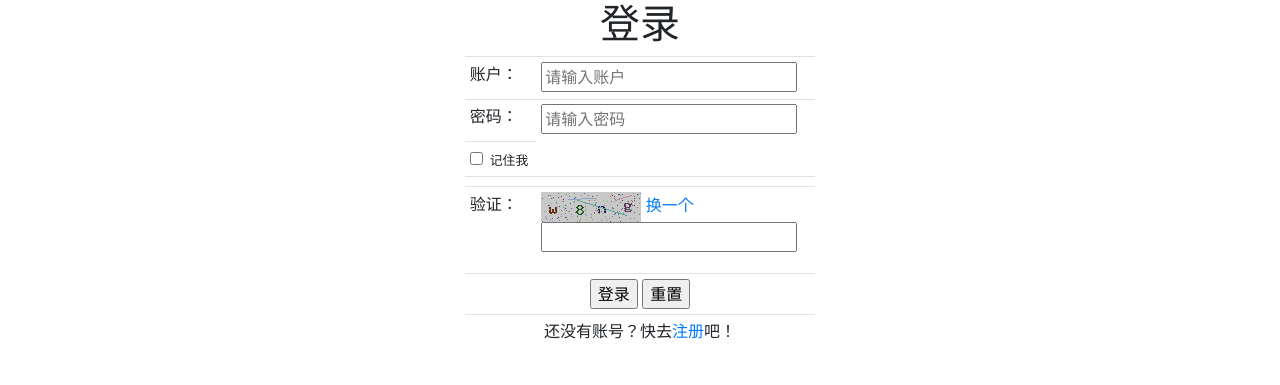
Repository: DHUAVH/Blog
Page: http://localhost/login.php
These files come from the project's save history. The page is drawn as it stood at one moment and after the next save; the edit follows.
The browser window is 1280 px wide. The pictures show the whole page.
Some web libraries are served in a nearby version. The page is run by PHP 8.4 with error messages shown; the project is at /var/www/html/.

Above is the page before, as saved 2020-10-25 15:39:05.

### login.php
<!DOCTYPE html>
<html lang="en">
<head>
    <meta charset="UTF-8">
    <meta name="viewport" content="width=device-width, initial-scale=1.0">
    <link rel="stylesheet" href="https://cdn.staticfile.org/twitter-bootstrap/4.3.1/css/bootstrap.min.css">
    <script src="https://cdn.staticfile.org/jquery/3.2.1/jquery.min.js"></script>
    <script src="https://cdn.staticfile.org/popper.js/1.15.0/umd/popper.min.js"></script>
    <script src="https://cdn.staticfile.org/twitter-bootstrap/4.3.1/js/bootstrap.min.js"></script>

</head>

<body>
    <div class="container">
        <h1 class="text-center">登录</h1>
        <div class="row">
                <div class="col-sm-4 offset-sm-4">    <!--使用网格系统和偏移量设置居中-->
                    <form role="form" action="loginAction.php" method="POST">
                        <table class="table table-sm">      <!--设置表格样式-->
                            <tr>
                                <td><label for="ID">账户：</label></td>
                                <td><input id="ID" type="text" name="username"
                                value="<?php echo isset($_COOKIE['username']) ? $_COOKIE['username'] : "";?>"  placeholder="请输入账户" required></td>
                            </tr>

                            <tr>
                                <td><label for="lastname">密码：</label></td>
                                <td><input type="password" id="lastname" name="password" placeholder="请输入密码" required></td>
                            </tr>

                            <tr>
                                <td>
                                    <div class="form-check">
                                        <label class="form-check-label">
                                            <input class="form-check-input" type="checkbox"><small>记住我</small>
                                        </label>
                                    </div>
                                </td>
                            </tr>

                            <tr>
                                <td colspan="2" class="text-center" style="color:red;font-size:10px;">
                                    <?php
                                        $err = isset($_GET["err"]) ? $_GET["err"] : "";
                                        switch($err){
                                            case 1:
                                                echo "用户名或密码错误！";
                                            break;

                                            case 2:
                                                echo "用户名和密码不能为空！";
                                            break;

                                            case 3:
                                                echo "验证码错误！";
                                            break;
                                        }
                                    ?>
                                </td>
                            </tr>

                            <tr>
                                <td>
                                    <label for="authcode">验证：</label>
                                </td>

                                <td>
                                    <img id="captcha" src="captcha.php?r=<?php echo rand();?>" width="100" class="thumbnail">
                                    <a href="javascript:void(0)" onclick="document.getElementById('captcha').src='captcha.php?r='+Math.random()">换一个</a><br>
                                    <input type="text" name="authcode" value="" required></p>
                                </td>
                            </tr>

                            <tr>
                                <td class="text-center" colspan="2">
                                    <input type="submit" name="login" value="登录">
                                    <input type="reset" name="reset" value="重置">
                                </td>
                            </tr>

                            <tr>
                                <td class="text-center" colspan="2" >还没有账号？快去<a href="register.php">注册</a>吧！</td>
                            </tr>
                        </table>
                    </form>
                </div>
        </div>
    </div>
</body>
</html>

### captcha.php
<?php
  session_start();

  $image = imagecreatetruecolor(100,30);
  $bgcolor = imagecolorallocate($image,200,200,200);
  imagefill($image,0,0,$bgcolor);

  //验证码内容
  $captcha_code = '';
  for($i=0;$i<4;$i++){
      $fontsize = 5;
      $x = ($i*100 / 4) + rand(5,10);
      $y = rand(5,10);
      $data = 'abcdefghkmnprstuvwx345678';
      $str = $data[rand(0,strlen($data))];
      $captcha_code .= $str;
      $fontcolor = imagecolorallocate($image,rand(0,120),rand(0,120),rand(0,120));
      imagestring($image,$fontsize,$x,$y,$str,$fontcolor);
  }

  $_SESSION['authcode'] = $captcha_code;

  //增加点干扰元素
  for($i=0;$i<200;$i++){
      $pointcolor = imagecolorallocate($image,rand(50,200),rand(50,200),rand(50,200));
      imagesetpixel($image,rand(1,99),rand(1,29),$pointcolor);
  }

  //增加线干扰元素
  for($i=0;$i<4;$i++){
      $linecolor = imagecolorallocate($image,rand(80,220),rand(80,220),rand(80,220));
      imageline($image,rand(1,99),rand(1,29),rand(1,99),rand(1,29),$linecolor);
  }


  header('content-type:image/png');    //输出图片的信息
  imagepng($image);   //输出图片

  imagedestroy($image);
?>

After the next save:
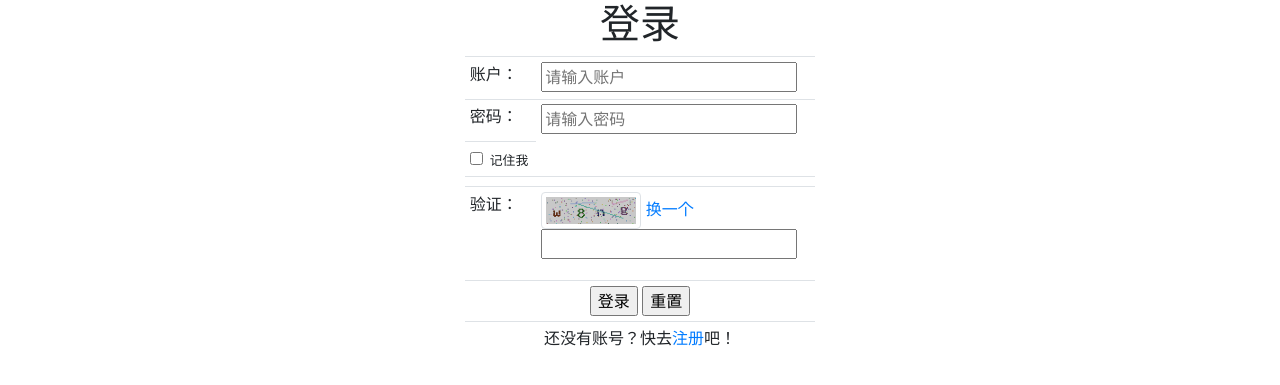
Saved 21 s later.
--- a/login.php
+++ b/login.php
@@ -65,7 +65,7 @@
                                 </td>
 
                                 <td>
-                                    <img id="captcha" src="captcha.php?r=<?php echo rand();?>" width="100" class="thumbnail">
+                                    <img id="captcha" src="captcha.php?r=<?php echo rand();?>" width="100" class="img-thumbnail">
                                     <a href="javascript:void(0)" onclick="document.getElementById('captcha').src='captcha.php?r='+Math.random()">换一个</a><br>
                                     <input type="text" name="authcode" value="" required></p>
                                 </td>
